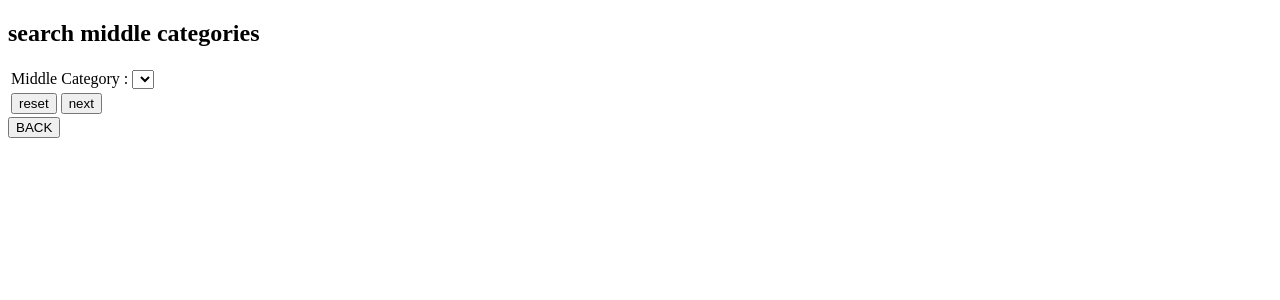
Repository: MIR013/KNU_DB_Project_Team5
Page: http://localhost/Databaase/search_category_middle.jsp
These files come from the project's save history. The page is drawn as it stood at one moment and after the next save; the edit follows.
The browser window is 1280 px wide. The pictures show the whole page.
The page is served by Tomcat 9. Queries for data that is not in the repository find no rows.

Above is the page before, as saved 2018-11-15 12:47:07.

After the next save:
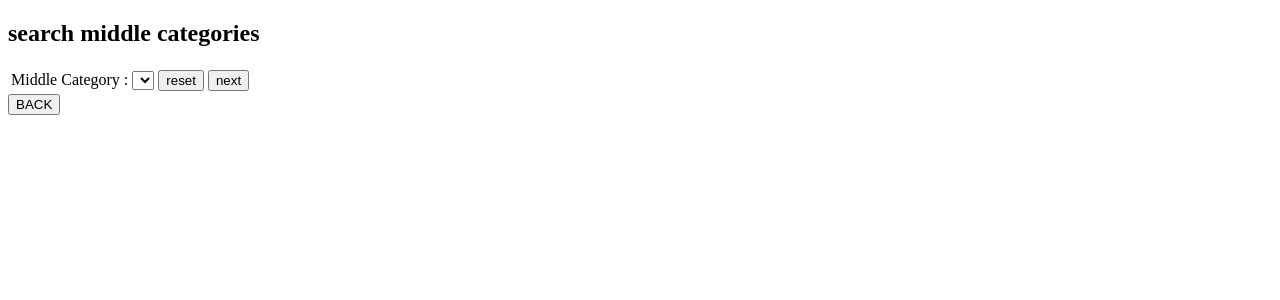
Saved 2 min 26 s later.
--- a/dbphase/Databaase/WebContent/search_category_middle.jsp
+++ b/dbphase/Databaase/WebContent/search_category_middle.jsp
@@ -47,7 +47,7 @@
 	}
 	out.print("</select></td></td>");
 
-
+	out.print("<input type=\"hidden\" name = \"largecat\" value = "+lcat);
 	out.print("<tr>	<td><input type=\"reset\" value=\"reset\"/> <input type=\"submit\" value=\"next\"/> </td> </tr>");
 	out.print("</table></form>");
 %>

After the save that followed:
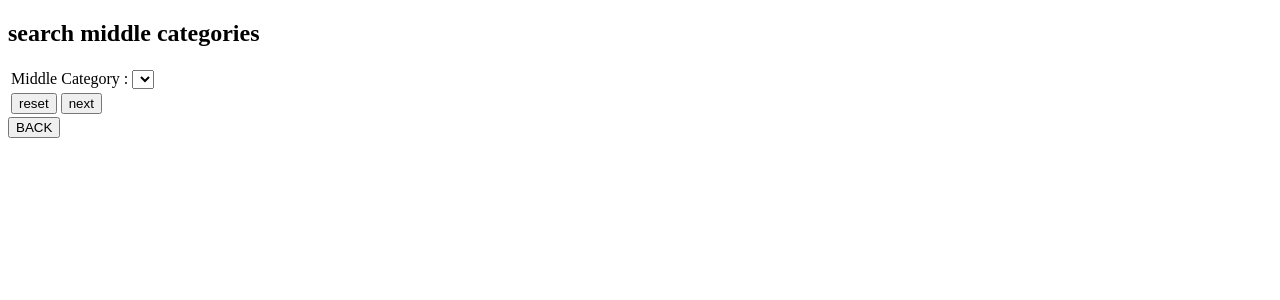
Saved 14 s later.
--- a/dbphase/Databaase/WebContent/search_category_middle.jsp
+++ b/dbphase/Databaase/WebContent/search_category_middle.jsp
@@ -47,7 +47,7 @@
 	}
 	out.print("</select></td></td>");
 
-	out.print("<input type=\"hidden\" name = \"largecat\" value = "+lcat);
+	out.print("<input type=\"hidden\" name = \"largecat\" value = "+lcat+"/>");
 	out.print("<tr>	<td><input type=\"reset\" value=\"reset\"/> <input type=\"submit\" value=\"next\"/> </td> </tr>");
 	out.print("</table></form>");
 %>
